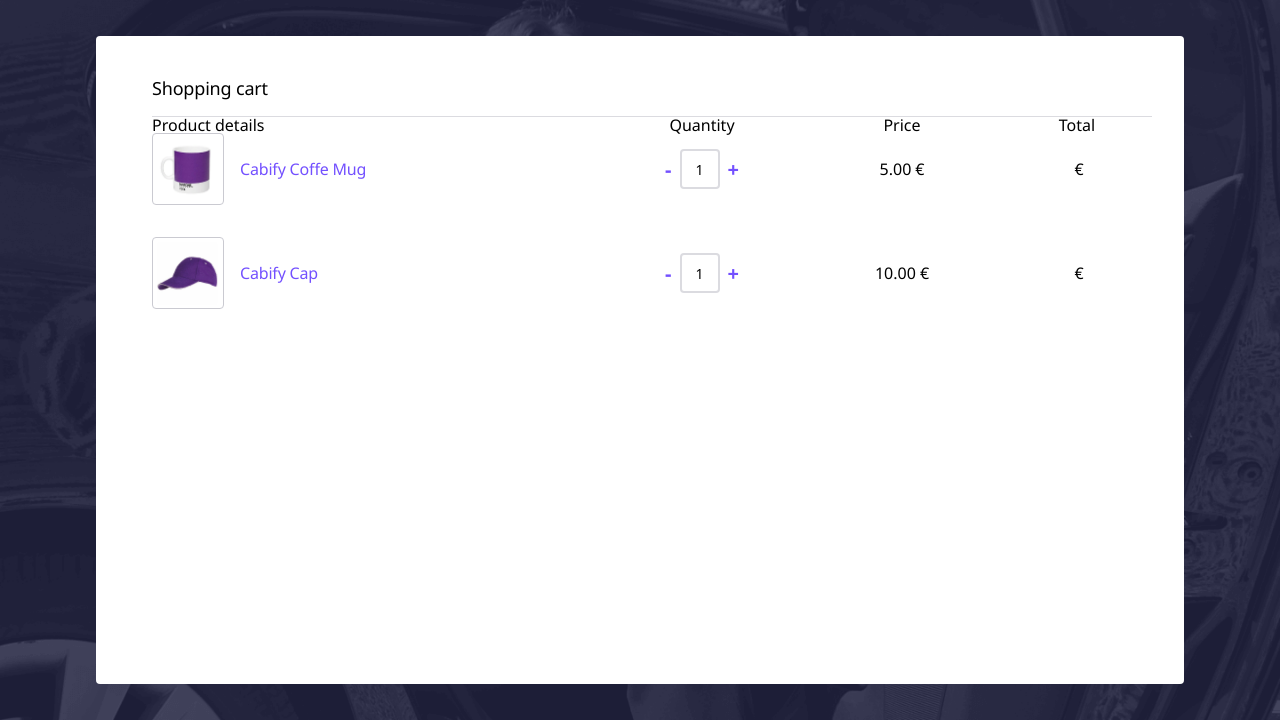
Repository: banchiec/challengecbfy
Page: /
An editor plug-in stored every save of this project. The page is shown before and after the next save, followed by the edit.
The browser window is 1280 px wide. The pictures show the whole page.
The project was rebuilt for these pictures with package versions that can differ from the ones it lists, and the page was loaded fresh each time. Also part of the build but not shown: craco.config.js.

Above is the page before, as saved 2021-12-08 18:20:09.

### src/index.js
import './index.css';
import App from './App';
import Checkout from './helpers/checkout'
// here a service should be called to obtain the api data
import { products } from './data/data'

import discounts from './helpers/discounts';

const purchase = new Checkout(products, discounts)
purchase.init()
App(purchase)

### src/App.js
import { render } from 'react-dom';
import Main from './components/main/Main'
import './App.css';

function App(purchase) {
  render(<Main purchase={purchase} />, document.getElementById('root'))
}

export default App;

### src/helpers/checkout.js
export default class Checkout {
    constructor(products, discounts = []) {
        this.price = products.reduce((acc, curr) => ({ ...acc, [curr.code]: curr }), {})
        this.discounts = discounts
        this.cartItems = []
    }
    init() {
        this.scan('T-SHIRT')
        this.scan('MUG')
        this.scan('CAP')
    }
    get items() {
        return this.cartItems
    }
    scan(code, argument = 1) {
        const currentCartItem = this.cartItems.find((product) => product.code === code)

        if (currentCartItem) {
            switch (argument) {
                case 1:
                    currentCartItem.count += 1
                    break
                case -1:
                    currentCartItem.count -= 1
                    if (currentCartItem.count === 0) {
                        this.cartItems = this.cartItems.filter((item) => item.code !== code)
                    }
                    break
                default:
                    currentCartItem.count = argument;
                    break
            }
            return this
        }
        const currentPriceItem = this.price[code]
        if (currentPriceItem) {
            switch (argument) {
                case 1:
                    this.cartItems.push({ ...currentPriceItem, count: 1 })
                    break
                default:
                    this.cartItems.push({ ...currentPriceItem, count: argument })
            }
            return this
        }
    }
    cost() {

    }
}

### src/data/data.js
import shirt from '../assets/images/shirt.png'
import mug from '../assets/images/mug.png'
import cap from '../assets/images/cap.png'
export const products = [
    {
        id: '1',
        code: 'TSHIRT',
        name: 'Cabify T-Shirt',
        price: '20.00',
        image: shirt
    },
    {
        id: '2',
        code: 'TSHIRT',
        name: 'Cabify T-Shirt green',
        price: '19.00',
        image: shirt
    },
    {
        id: '3',
        code: 'MUG',
        name: 'Cabify Coffe Mug',
        price: '5.00',
        image: mug

    },
    {
        id: '4',
        code: 'CAP',
        name: 'Cabify Cap',
        price: '10.00',
        image: cap

    }
]

### src/helpers/discounts.js
const discounts = [
    {
        discount: '2x1Mug',
        check: (products) => {
            const currentProduct = products.find((product) => product.code === 'MUG')
            if (currentProduct && currentProduct.count > 1) {
                return ({
                    name: '2x1 Mug offer',
                    discountAmount: Math.trunc(currentProduct.count / 2) * currentProduct.price
                })
            }
            return null
        }
    },
    {
        discount: 't-shirtMore3',
        check: (products) => {
            const currentProduct = products.find((product) => products.code === 'T-SHIRT')
            if (currentProduct && currentProduct.count >= 3) {
                return ({
                    name: 'x3 shirt offer',
                    discountAmount: (currentProduct.price / 100) * 5 * currentProduct.count
                })
            }
            return null
        }
    }
]

export default discounts

### src/components/main/Main.js
import { useState } from "react"
import { ShoppingCart } from "../shoppingCart/ShoppingCart"

export default function Main(props) {
    const { purchase } = props
    const [items, setItems] = useState(purchase.items)

    const scan = (code) => (op) => (e) => {

    }
    const cost = (code) => purchase.cost(code)

    // console.log(purchase)
    // console.log(items)
    return (
        <main className="App">
            <ShoppingCart items={items} scan={scan} cost={cost} />
        </main>
    )
}

### src/App.css
* {
  box-sizing: border-box;
  outline: none;
}

html,
body,
div,
span,
applet,
object,
iframe,
h1,
h2,
h3,
h4,
h5,
h6,
p,
blockquote,
pre,
a,
abbr,
acronym,
address,
big,
button,
cite,
code,
del,
dfn,
em,
img,
ins,
kbd,
q,
s,
samp,
small,
strike,
strong,
sub,
sup,
tt,
var,
b,
u,
i,
center,
dl,
dt,
dd,
ol,
ul,
li,
fieldset,
form,
label,
legend,
table,
caption,
tbody,
tfoot,
thead,
tr,
th,
td,
article,
aside,
canvas,
details,
embed,
figure,
figcaption,
footer,
header,
hgroup,
menu,
nav,
output,
ruby,
section,
summary,
time,
mark,
audio,
video {
  margin: 0;
  padding: 0;
  border: 0;
  vertical-align: baseline;
  font: 100%;
}

/* HTML5 display-role reset for older browsers */
article,
aside,
details,
figcaption,
figure,
footer,
header,
hgroup,
menu,
nav,
section {
  display: block;
}

body {
  -webkit-font-smoothing: antialiased;
  -moz-osx-font-smoothing: grayscale;
  line-height: 1;
}

ol,
ul {
  list-style: none;
}

blockquote,
q {
  quotes: none;
}

a {
  cursor: pointer;
}

blockquote:before,
blockquote:after,
q:before,
q:after {
  content: none;
}

table {
  border-spacing: 0;
  border-collapse: collapse;
}

a {
  text-decoration: none;
}

input:not([type="checkbox"]):not([type="radio"]),
textarea {
  appearance: none;
}

input[type="number"]::-webkit-outer-spin-button,
input[type="number"]::-webkit-inner-spin-button {
  margin: 0;
  appearance: none;
}

input[type="number"] {
  appearance: textfield;
}

input::-ms-clear {
  display: none;
}

select::-ms-expand {
  display: none;
}

textarea {
  overflow: auto;
  vertical-align: top;
}

input::placeholder {
  opacity: 1;
}

h1.main {
  padding-bottom: 16px;
  border-bottom: 1px solid rgba(33, 34, 64, 0.16);
}

.wrapper.border,
.wrapper-half.border {
  border-bottom: 1px solid rgba(33, 34, 64, 0.16);
}

h2,
.products-list li.products-list-title {
  color: #a6a7b3;
  text-transform: uppercase;
  letter-spacing: 1px;
  font-size: 10px;
  line-height: 16px;
}

h2,
.product-code {
  font-size: 12px;
  line-height: 16px;
}

.product-quantity,
.summary input,
.summary ul li,
.summary-total-cost {
  font-size: 14px;
  line-height: 17px;
}

.product h1 {
  font-size: 16px;
  line-height: 24px;
}

.products button.count,
.summary-total-price {
  font-size: 20px;
  line-height: 25px;
}

h2 {
  color: #717285;
  letter-spacing: 0;
  font-weight: 300;
}

h2 + * {
  margin-top: 16px;
}

body {
  margin: 0;
  padding: 0;
  height: 100vh;
  background-image: url("./assets/images/background.png");
  background-color: #212240;
  background-position: top left;
  background-size: cover;
  font-family: Avenir, "Avenir Next", "Segoe UI", sans-serif;
  font-weight: regular;
}

.App {
  position: fixed;
  top: 50%;
  left: 50%;
  display: flex;
  overflow-x: hidden;
  overflow-y: auto;
  max-width: 1088px;
  max-height: 648px;
  width: calc(100% - 64px);
  height: calc(100% - 64px);
  border-radius: 4px;
  background-color: #ffffff;
  transform: translate(-50%, -50%);
}

h1 {
  position: relative;
  letter-spacing: -0.18px;
  font-size: 18px;
  line-height: 24px;
}

.wrapper {
  padding: 32px 0;
}

.wrapper-half {
  padding: 24px 0;
}

.tableHead {
  padding: 32px 0;
}

.row {
  position: relative;
  display: flex;
  flex-flow: row nowrap;
  justify-content: space-between;
}

.row + .row {
  margin-top: 32px;
}

[class*="col-"] {
  display: flex;
  align-items: center;
}

[class*="col-"]:nth-child(n + 2) {
  justify-content: center;
}

.col-product {
  width: 45%;
}

.col-quantity {
  width: 20%;
}

.col-price {
  width: 20%;
}

.col-total {
  width: 15%;
}

input {
  width: 100%;
  height: 48px;
  border-radius: 4px;
}

.currency {
  margin-left: 4px;
}

.products {
  padding: 40px 32px 40px 56px;
}

.products button.count {
  padding: 0 8px;
  height: 40px;
  border: none;
  background: transparent;
  color: #7350ff;
  font-weight: bold;
  cursor: pointer;
}

.products {
  flex: 1;
}

.products-list {
  position: relative;
  width: 100%;
}

.product-image {
  display: flex;
  align-items: center;
  flex-flow: row nowrap;
}

.product-image img {
  margin-right: 16px;
  width: 72px;
  height: 72px;
  border: 1px solid #cacad1;
  border-radius: 4px;
}

.product-code {
  border-radius: 4px;
  color: #a6a7b3;
  letter-spacing: 0.13px;
  font-weight: 400;
}

.product-quantity {
  width: 40px;
  height: 40px;
  border: 2px solid #dbdbe0;
  border-radius: 4px;
  text-align: center;
}

.product-price {
  color: #000000;
  font-size: 16px;
}

.product .clear {
  border: none;
  background: transparent;
}

.product .clear span {
  position: relative;
  display: block;
  width: 16px;
  height: 16px;
}

.product .clear span:before,
.product .clear span:after {
  content: "";
  position: absolute;
  top: 8px;
  left: 2px;
  display: block;
  width: 12px;
  height: 2px;
  border-radius: 8px;
  background-color: #a6a7b3;
  transform: rotate(-45deg);
  transform-origin: center center;
}

.product .clear span:before {
  transform: rotate(45deg);
}

.product h1 {
  color: #7350ff;
}

.summary {
  display: flex;
  flex-flow: column wrap;
  padding: 40px 32px;
  width: 312px;
  background-color: #f3f3f3;
  color: #212240;
}

.summary > * {
  width: 100%;
}

.summary-items-price {
  font-size: 16px;
  font-weight: bold;
}

.summary input {
  margin: 8px auto;
  color: #a6a7b3;
  text-indent: 16px;
  text-transform: uppercase;
}

.summary input::placeholder {
  color: #a6a7b3;
  text-transform: lowercase;
}

.summary ul li {
  display: flex;
  justify-content: space-between;
}

.summary ul li > *:nth-child(2) {
  font-weight: bold;
}

.summary ul li + li {
  margin-top: 20px;
}

.summary-total {
  align-self: flex-end;
  margin-top: auto;
  padding-top: 16px;
  padding-bottom: 0;
  border-top: 1px solid rgba(33, 34, 64, 0.16);
  color: #212240;
}

.summary-total-cost {
  flex-basis: 100%;
  text-transform: uppercase;
}

.summary-total-price {
  font-weight: bold;
}

.summary button[type="submit"] {
  margin-top: 24px;
  padding-top: 16px;
  padding-bottom: 16px;
  width: 100%;
  border-radius: 4px;
  background: #7350ff;
  color: #ffffff;
  font-size: 16px;
  font-weight: bold;
  line-height: 14px;
  cursor: pointer;
}

### src/components/shoppingCart/ShoppingCart.js
import { uniqueId } from 'lodash'
import { ContainerShoppingCart } from './ShoppingCart.styled'
import { CartString } from '../CartString/CartString'

export const ShoppingCart = (props) => {
    console.log(props)
    const { items, scan, cost } = props
    return (
        <section className="products">
            <h1 className="main">Shopping cart</h1>
            <ul className="product-list">
                <li className="products-list-title row">
                    <div className="col-product">Product details</div>
                    <div className="col-quantity">Quantity</div>
                    <div className="col-price">Price</div>
                    <div className="col-total">Total</div>
                </li>
            </ul>
            <ul className="products-list">
                {items.map((item) => (
                    <CartString
                        content={item}
                        scan={scan(item.code)}
                        cost={cost(item.code)}
                        key={uniqueId()}
                    />
                ))}
            </ul>
        </section>
    )
}

### src/components/shoppingCart/ShoppingCart.styled.js
import styled from "styled-components"

export const ContainerShoppingCart = styled.section`
    flex: 1;
    padding :40px 32px 40px 56px;

    h1{
        padding-bottom: 16px;
        border-bottom:1px solid rgba(33,34,64,0.16);
        font-size: 22px;
    }
    h2,ul{
        color: #a6a7b2;
        text-transform: uppercase;
        letter-spacing: 1px;
        font-size: 10px;
        line-height: 16px;
        li{
        }
    }
`

### src/components/CartString/CartString.js
export const CartString = (props) => {
    const {
        content: {
            productCode,
            name,
            count,
            image,
            price
        },
        scan,
        cost
    } = props
    console.log(image)
    return (
        <li className="product row">
            <div className="col-product">
                <figure className="product-image">
                    <img src={image} alt={image} />
                    <div className="product-description">
                        <h1>{name}</h1>
                        <p className="product-code">{productCode}</p>
                    </div>
                </figure>
            </div>
            <div className="col-quantity">
                <button type="button" className="count" onClick={scan('dec')}>
                    -
                </button>
                <input type="text" className="product-quantity" value={count} onChange={scan('set')} />
                <button type="button" className="count" onClick={scan('inc')}>
                    +
                </button>
            </div>
            <div className="col-price">
                <span className="product-price">
                    {price}
                </span>
                <span className="product-currency currency">€</span>
            </div>
            <div className="col-total">
                <span className="product-price">{cost}</span>
                <span className="product-currency currency">€</span>
            </div>
        </li>
    )
}

Loaded but not shown: public/index.html (common file); src/index.css (common file); tailwind.config.js (common file)

After the next save:
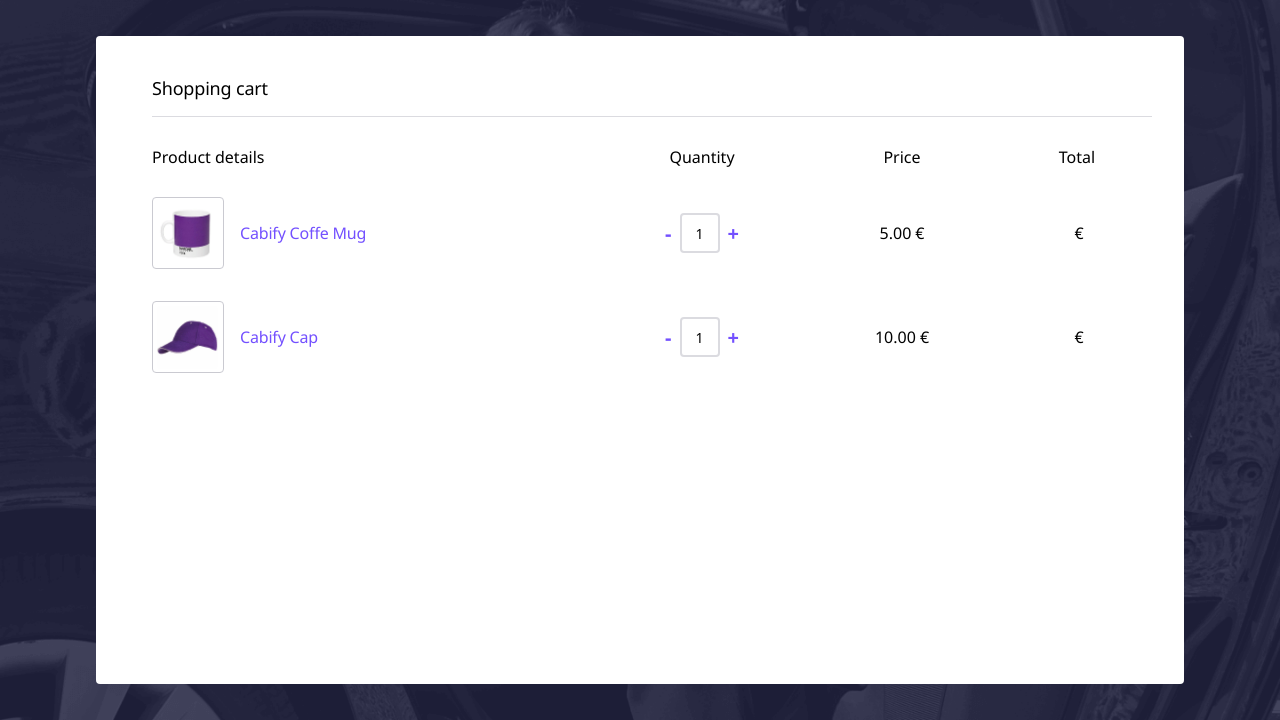
Saved 8 s later.
--- a/src/components/shoppingCart/ShoppingCart.js
+++ b/src/components/shoppingCart/ShoppingCart.js
@@ -8,7 +8,7 @@
     return (
         <section className="products">
             <h1 className="main">Shopping cart</h1>
-            <ul className="product-list">
+            <ul className="product-list tableHead">
                 <li className="products-list-title row">
                     <div className="col-product">Product details</div>
                     <div className="col-quantity">Quantity</div>
